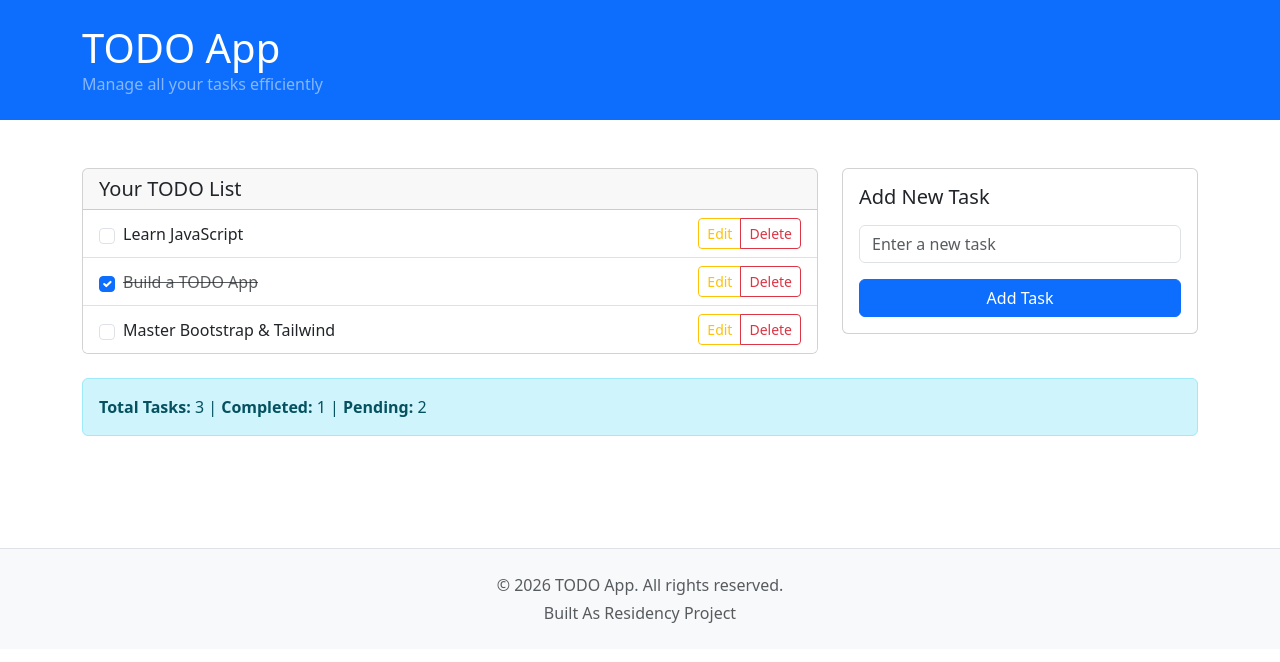
Repository: arunkr12/Master-In-Computer-Science
Page: Advanced Programming Language/Residency Project Team One Arun Javascript Version/TODO/index.html
The author's editor kept a copy of each file at every save. The page is drawn from the files as they stood at one save, then again after the next save.
The browser window is 1280 px wide. The pictures show the whole page.
Some web libraries are served in a nearby version.

Above is the page before, as saved 2026-02-20 18:32:53.

After the next save:
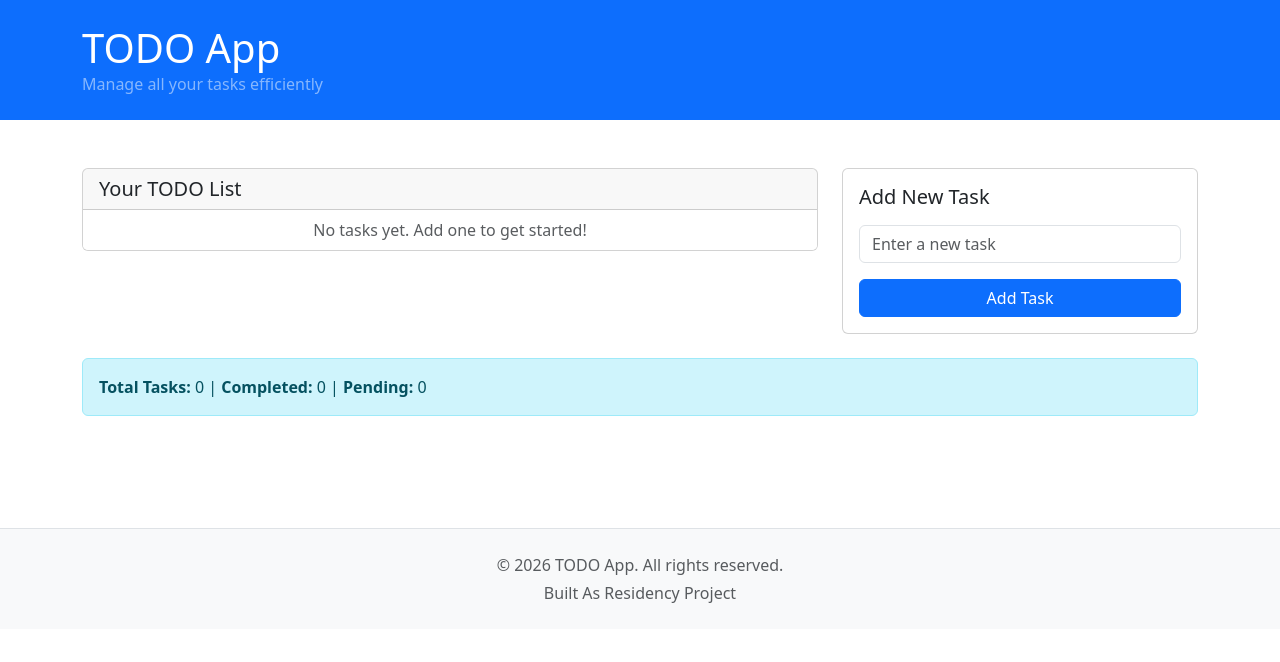
Saved 9 s later.
--- a/Advanced Programming Language/Residency Project Team One Arun Javascript Version/TODO/ToDoContainer/ToDoContainer.js
+++ b/Advanced Programming Language/Residency Project Team One Arun Javascript Version/TODO/ToDoContainer/ToDoContainer.js
@@ -3,6 +3,7 @@ import Footer from "../Footer/Footer.js";
 import ToDoList from "../ToDoList/ToDoList.js";
 import AddTodo from "../AddTodo/AddTodo.js";
 import Stats from "../Stats/Stats.js";
+import TodoService from "../Services/TodoService.js";
 
 class ToDoContainer {
   constructor() {
@@ -11,13 +12,13 @@ class ToDoContainer {
     this.todoList = new ToDoList();
     this.addTodo = new AddTodo();
     this.stats = new Stats();
+    this.todoService = new TodoService();
 
-    this.todos = [
-      { id: 1, text: "Learn JavaScript", completed: false },
-      { id: 2, text: "Build a TODO App", completed: true },
-      { id: 3, text: "Master Bootstrap & Tailwind", completed: false },
-    ];
+    this.todos = [];
+  }
 
+  async initialize() {
+    this.todos = await this.todoService.getTodos();
     this.updateComponents();
   }
 
@@ -26,33 +27,54 @@ class ToDoContainer {
     this.stats.setTodos(this.todos);
   }
 
-  addTodoItem(text) {
+  async addTodoItem(text) {
     if (text.trim()) {
-      const newTodo = {
-        id:
-          this.todos.length > 0
-            ? Math.max(...this.todos.map((t) => t.id)) + 1
-            : 1,
-        text: text.trim(),
-        completed: false,
-      };
-      this.todos.push(newTodo);
-      this.updateComponents();
-      return newTodo;
+      const newTodo = await this.todoService.addTodo(text);
+      if (newTodo) {
+        this.todos.push(newTodo);
+        this.updateComponents();
+        return newTodo;
+      }
     }
     return null;
   }
 
-  editTodoItem(id, newText) {
+  async editTodoItem(id, newText) {
     if (newText.trim()) {
-      const todo = this.todos.find((t) => t.id === id);
-      if (todo) {
-        todo.text = newText.trim();
-        this.updateComponents();
-        return todo;
+      const updated = await this.todoService.updateTodo(id, { text: newText.trim() });
+      if (updated) {
+        const todo = this.todos.find((t) => t.id === id);
+        if (todo) {
+          todo.text = newText.trim();
+          this.updateComponents();
+        }
+        return updated;
       }
     }
     return null;
+  }
+
+  async toggleTodoItem(id) {
+    const todo = this.todos.find((t) => t.id === id);
+    if (todo) {
+      const updated = await this.todoService.updateTodo(id, { completed: !todo.completed });
+      if (updated) {
+        todo.completed = updated.completed;
+        this.updateComponents();
+      }
+      return updated;
+    }
+    return null;
+  }
+
+  async deleteTodoItem(id) {
+    const success = await this.todoService.deleteTodo(id);
+    if (success) {
+      this.todos = this.todos.filter((t) => t.id !== id);
+      this.updateComponents();
+      return true;
+    }
+    return false;
   }
 
   render() {
